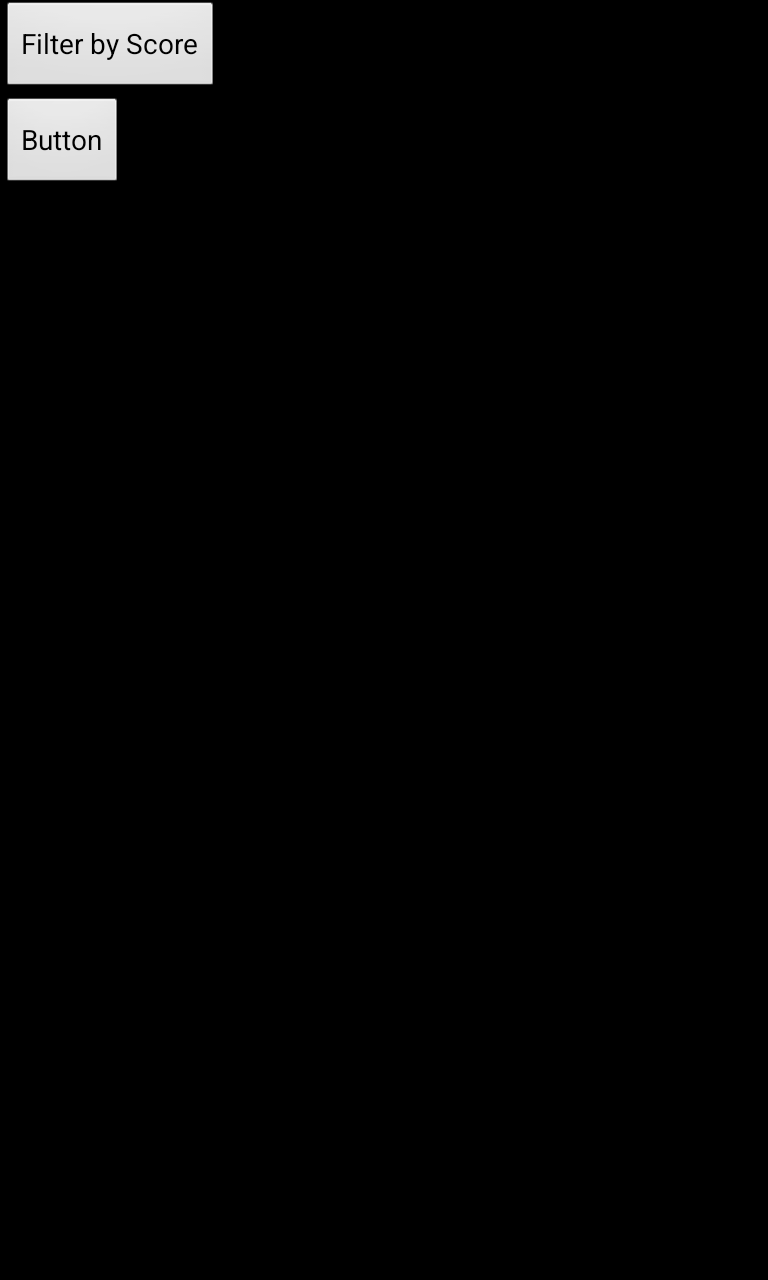
Repository: valleskeyp/IADHub
Layout: MGDGame-android/res/layout/main.xml
These files come from the project's save history. The layout is drawn as it stood at one moment and after the next save; the edit follows.
It is drawn on a 768 x 1280 px phone screen (xhdpi) without system bars, with theme android:Theme.NoTitleBar.Fullscreen; the app's code is not run. Lists and similar views that code fills are empty.

Above is the layout before, as saved 2013-07-29 23:02:49.

After the next save:
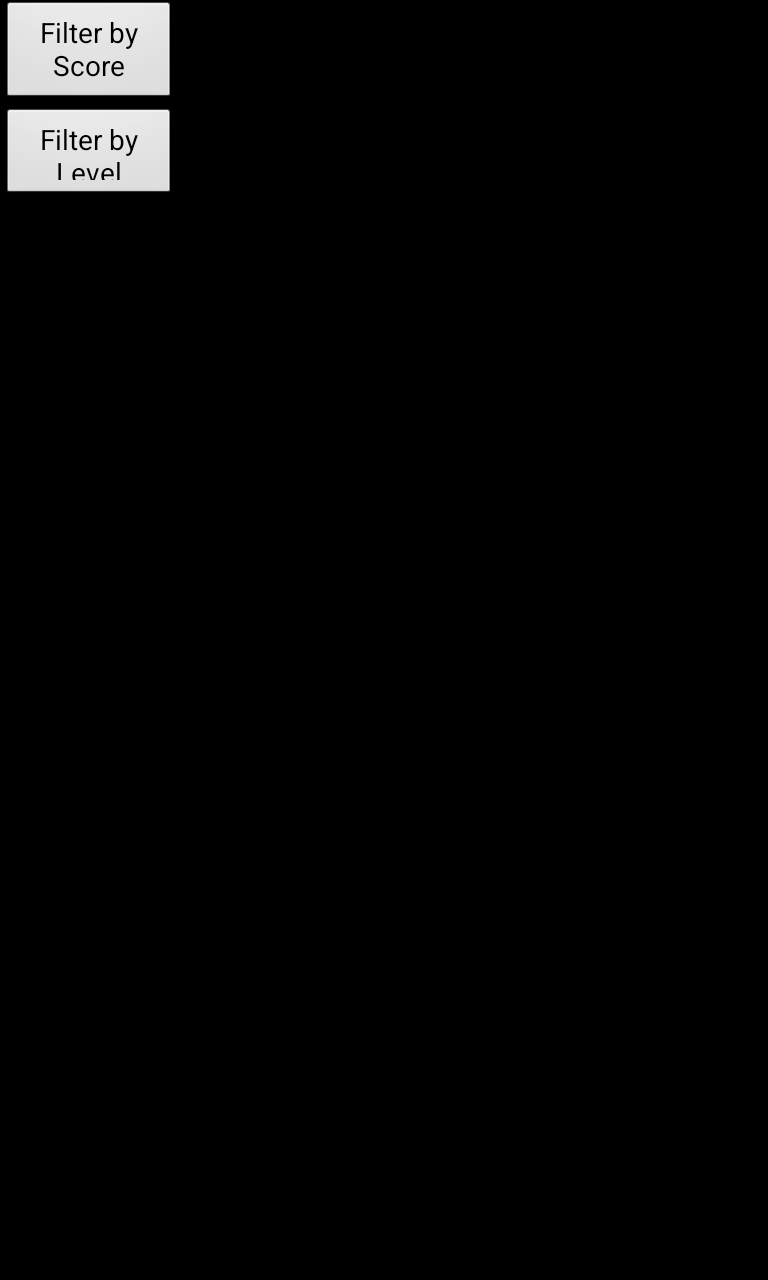
Saved 49 s later.
--- a/MGDGame-android/res/layout/main.xml
+++ b/MGDGame-android/res/layout/main.xml
@@ -7,19 +7,20 @@
 	<LinearLayout
 	    android:layout_width="wrap_content"
 	    android:layout_height="wrap_content"
-	    android:orientation="vertical" >
+	    android:orientation="vertical"
+	    android:gravity="center_vertical" >
 
 	    <Button
 	        android:id="@+id/filterScore"
-	        android:layout_width="wrap_content"
+	        android:layout_width="89dp"
 	        android:layout_height="wrap_content"
 	        android:text="Filter by Score" />
 
 	    <Button
 	        android:id="@+id/filterLevel"
-	        android:layout_width="wrap_content"
+	        android:layout_width="match_parent"
 	        android:layout_height="wrap_content"
-	        android:text="Button" />
+	        android:text="Filter by Level" />
 	</LinearLayout>
 
 <ListView
